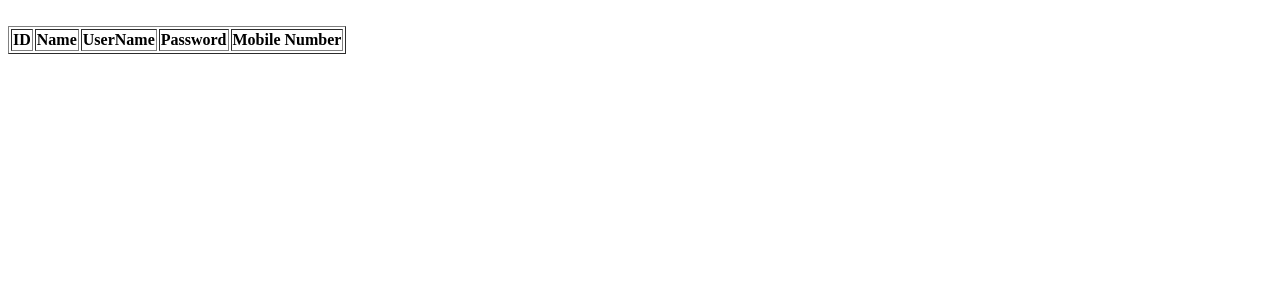
Repository: ManuArugollu1/meetingoraganizer1
Page: http://localhost/Meeting_Organizer/ViewRoom.jsp
These files come from the project's save history. The page is drawn as it stood at one moment and after the next save; the edit follows.
The browser window is 1280 px wide. The pictures show the whole page.
The page is served by Tomcat 9. Other server files are loaded and not shown. Queries for data that is not in the repository find no rows.

Above is the page before, as saved 2019-10-01 07:00:10.

### Meeting Organizer/WebContent/ViewRoom.jsp
<%@ page language="java" contentType="text/html; charset=ISO-8859-1"
    pageEncoding="ISO-8859-1"%>
       <%@ page import="com.model.Room" %>
    <%@ page import="java.util.List" %>
        <%@ page import="com.service.RoomServiceImpl" %>
         <%@ page import="com.service.RoomService" %>
<!DOCTYPE html>
<html>
<head>
<meta charset="ISO-8859-1">
<title>Insert title here</title>
</head>
<body>
 <% RoomService roomService=new RoomServiceImpl();
 List<Room> rooms=roomService.findAll();
%>
<br>
<table border=1>
<tr>
<th>ID</th>
<th>Name</th>
<th>UserName</th>
<th>Password</th>
<th>Mobile Number</th>
</tr>
<% for (Room room: rooms )
{
	out.println("<tr>");
	out.println("<td>"+room.getRoomId()+"</td>");
	out.println("<td>"+room.getRoomName()+"</td>");
	out.println("<td>"+room.getFloor()+"</td>");
	out.println("<td>"+room.getRoomIncharge()+"</td>");
	out.println("<td>"+room.getCapacity()+"</td>");
	out.println("<td>"+room.getStatus()+"</td>");
	out.println("</tr>");

}%>
</table>
</body>
</html>

### Meeting Organizer/src/com/service/RoomServiceImpl.java
package com.service;

import java.util.List;

import com.dao.RoomDao;
import com.dao.RoomDaoImpl;
import com.model.Room;

public class RoomServiceImpl implements RoomService {
	RoomDao roomDao=new RoomDaoImpl();

	@Override
	public Room findByRoomId(String roomId) {

		return roomDao.findByRoomId(roomId);
	}

	@Override
	public Room findByRoomName(String roomName) {

		return roomDao.findByRoomName(roomName);
	}




	@Override
	public Room deleteRoomInfo(String roomId) {
	return roomDao.deleteRoomInfo(roomId);
	}

	@Override
	public Room updateRoomStatus(String roomId,String roomName,String status) {

		return roomDao.updateRoomStatus(roomId,roomName,status);
	}

	@Override
	public List<Room> findAll() {

		return roomDao.findAll();
	}

	@Override
	public Room addRoomInfo(Room room) {
		// TODO Auto-generated method stub
		return roomDao.addRoomInfo(room);
	}




}

### Meeting Organizer/src/com/dao/RoomDao.java
package com.dao;

import java.util.List;

import com.model.Room;

public interface RoomDao {
	Room findByRoomId(String roomId);
	Room findByRoomName(String roomName);
	Room addRoomInfo(Room room);
	Room deleteRoomInfo(String roomId);
	Room updateRoomStatus(String roomId,String roomName,String status);
	List<Room> findAll();

}

### Meeting Organizer/src/com/dao/RoomDaoImpl.java
package com.dao;

import java.sql.Connection;
import java.sql.PreparedStatement;
import java.sql.ResultSet;
import java.sql.SQLException;
import java.util.ArrayList;
import java.util.List;

import org.apache.log4j.Logger;

import com.Jdbc.Connection.DbConnection;
import com.model.MOrganizer;
import com.model.Room;

public class RoomDaoImpl implements RoomDao {
	private static final Logger logger=Logger.getRootLogger();
	public Connection conn=null;
	public PreparedStatement ps=null;
	public ResultSet rs=null;


	@Override
	public Room findByRoomId(String roomId) {
		try {
			conn=DbConnection.getConnection();
			ps=conn.prepareStatement("select * from room where roomid=?");
			ps.setString(1, roomId);
			rs=ps.executeQuery();
			conn.commit();
			while(rs.next())
			{
				logger.debug(rs.getString("roomid"));
				logger.debug(rs.getString("roomname"));
				logger.debug(rs.getString("floor"));
				logger.debug(rs.getInt("capacity"));
				logger.debug(rs.getString("incharge"));
				logger.debug(rs.getString("status"));

			}
			rs.close();
			ps.close();
			conn.close();
		} catch (Exception e) {
			logger.debug(e);
		}

		return null;
	}


	@Override
	public Room findByRoomName(String roomName) {

		try {
			conn=DbConnection.getConnection();
			ps=conn.prepareStatement("select * from room where roomname=?");
			ps.setString(1, roomName);
			rs=ps.executeQuery();
			conn.commit();
			while(rs.next())
			{
				logger.debug(rs.getString("roomid"));
				logger.debug(rs.getString("roomname"));
				logger.debug(rs.getString("floor"));
				logger.debug(rs.getInt("capacity"));
				logger.debug(rs.getString("incharge"));
				logger.debug(rs.getString("status"));

			}
			rs.close();
			ps.close();
			conn.close();
		} catch (Exception e) {
			logger.debug(e);
		}

		return null;
	}


	@Override
	public Room addRoomInfo(Room room) {
		String roomId=room.getRoomId();
		String roomName=room.getRoomName();
		String floor=room.getFloor();
		String roomIncharge=room.getRoomIncharge();
		int capacity=room.getCapacity();
		String status=room.getStatus();

		try {
			conn=DbConnection.getConnection();

			ps=conn.prepareStatement("insert into room(roomid,roomname,floor,incharge,capacity,status) values(?,?,?,?,?,?)");

			ps.setString(1, roomId);
			ps.setString(2, roomName);
			ps.setString(3,floor);
			ps.setString(4,roomIncharge);
			ps.setInt(5, capacity);
			ps.setString(6, status);
			rs=ps.executeQuery();
			conn.commit();


		} catch (SQLException e) {
			logger.fatal("SQL exception occurred",e);
		}catch(NullPointerException e)
		{
			logger.fatal("Class Not Found Exception occurred",e);
		}
		finally {
			try
			{

				rs.close();
				if(ps!=null)
					ps.close();
				if(conn!=null)
					conn.close();

			}
			catch(SQLException e)
			{
				logger.fatal("SQL Exception.",e);
			}
		}

		return room;
	}


	@Override
	public Room deleteRoomInfo(String roomId) {
		try {
			conn=DbConnection.getConnection();
			ps=conn.prepareStatement("delete from room where roomid=?");

			ps.setString(1, roomId);
			rs=ps.executeQuery();
			conn.commit();

		} catch (SQLException e) {
			logger.fatal("SQL Exception.",e);
		}
		finally {
			try {
				if(rs!=null)
					rs.close();
				if(ps!=null)
					ps.close();
				if(conn!=null)
					conn.close();

			}
			catch(SQLException e)
			{
				logger.fatal("SQL Exception occurred",e);
			}
		}

		return null;

	}

	@Override
	public Room updateRoomStatus(String roomId,String roomName,String status) {
		try {

			conn=DbConnection.getConnection();
			ps=conn.prepareStatement("update room set status=? where roomid=? and roomname=?");

			ps.setString(1, status);
			ps.setString(2, roomId);
			ps.setString(3, roomName);


			rs=ps.executeQuery();
			conn.commit();
			logger.debug("status updated");

		} catch (SQLException e) {
			logger.fatal("SQL Exception occurred",e);
		}
		catch(NullPointerException e)
		{
			logger.fatal("Null Pointer exception occurred",e);
		}
		finally {
			try
			{
				if(rs!=null)
					rs.close();
				if(ps!=null)
					ps.close();
				if(conn!=null)
					conn.close();

			}
			catch(SQLException e)
			{
				logger.fatal("SQL Exception occurred",e);
			}
		}
		return null;
	}


	@Override
	public List<Room> findAll() {


		List<Room> roomList = new ArrayList<>();
		try {
			conn = DbConnection.getConnection();

			ps = conn.prepareStatement("select * from room");
			rs = ps.executeQuery();

			while (rs.next()) {
				roomList.add(getRoomFromResultSet(rs));
			}
			rs.close();
			ps.close();

		} catch (Exception e) {
			logger.error(e);
		}

		return roomList;
	}

	private Room getRoomFromResultSet(ResultSet rs) {
		try {
			String roomId = rs.getString("roomid");
			String roomName = rs.getString("roomname");
			String floor = rs.getString("floor");
			String incharge = rs.getString("incharge");
			int capacity = rs.getInt("capacity");
			String status=rs.getString("status");
			Room room=new Room(roomId, roomName, floor, incharge,capacity,status);
			logger.trace(room);
			return room;
		} catch (SQLException e) {
			logger.error(e);
		}
		return null;	}



}

### Meeting Organizer/src/com/Jdbc/Connection/DbConnection.java
package com.Jdbc.Connection;

import java.sql.Connection;
import java.sql.DriverManager;
import java.sql.SQLException;

import org.apache.log4j.Logger;



public class DbConnection {
	private static Connection conn=null;
	private static final Logger logger=Logger.getRootLogger();



	private DbConnection() {
		try
		{
			Class.forName("com.mysql.jdbc.Driver");
			conn = DriverManager.getConnection("jdbc:mysql://localhost:3306/organiser", "root", "system");

		}
		catch(SQLException e)
		{
			logger.fatal("Sql exception occurred",e);
		}
		catch(ClassNotFoundException e)
		{
			logger.fatal("class not found exception",e);
		}


	}


	public static Connection getConnection() throws SQLException
	{
		if(conn==null ||conn.isClosed())
		{
			new DbConnection();
		}
		return conn;
	}

}

After the next save:
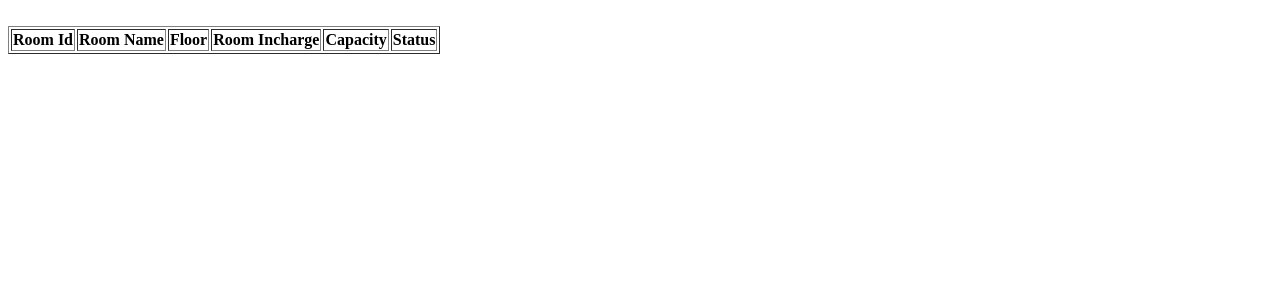
Saved 4 min 48 s later.
--- a/Meeting Organizer/WebContent/ViewRoom.jsp
+++ b/Meeting Organizer/WebContent/ViewRoom.jsp
@@ -17,11 +17,12 @@
 <br>
 <table border=1>
 <tr>
-<th>ID</th>
-<th>Name</th>
-<th>UserName</th>
-<th>Password</th>
-<th>Mobile Number</th>
+<th>Room Id</th>
+<th>Room Name</th>
+<th>Floor</th>
+<th>Room Incharge</th>
+<th>Capacity</th>
+<th>Status</th>
 </tr>
 <% for (Room room: rooms )
 {
